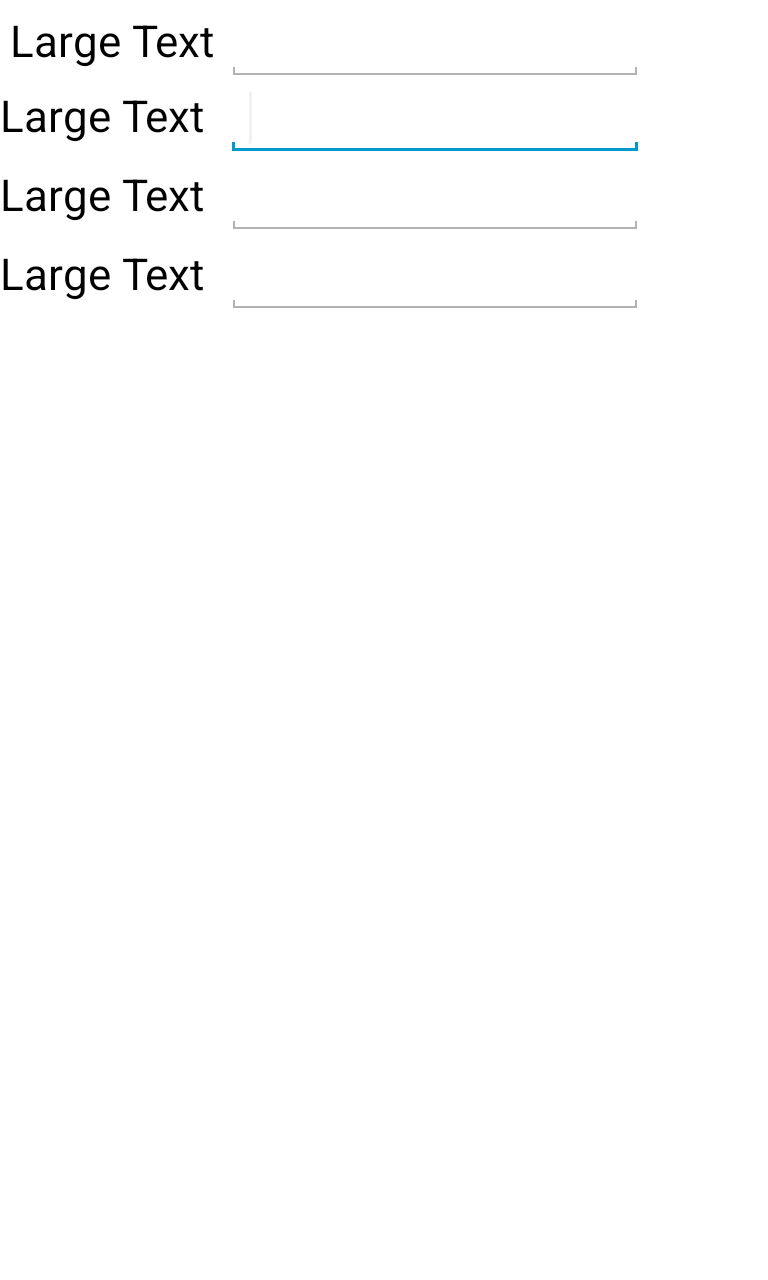
Repository: shervinshaikh/Android
Layout: NBAScoreTracker/res/layout/fragment_scores.xml
The author's editor kept a copy of each file at every save. The layout is drawn from the files as they stood at one save, then again after the next save.
It is drawn on a 768 x 1280 px phone screen (xhdpi) without system bars, with theme AppTheme; the app's code is not run.

Above is the layout before, as saved 2013-04-27 22:26:41.

After the next save:
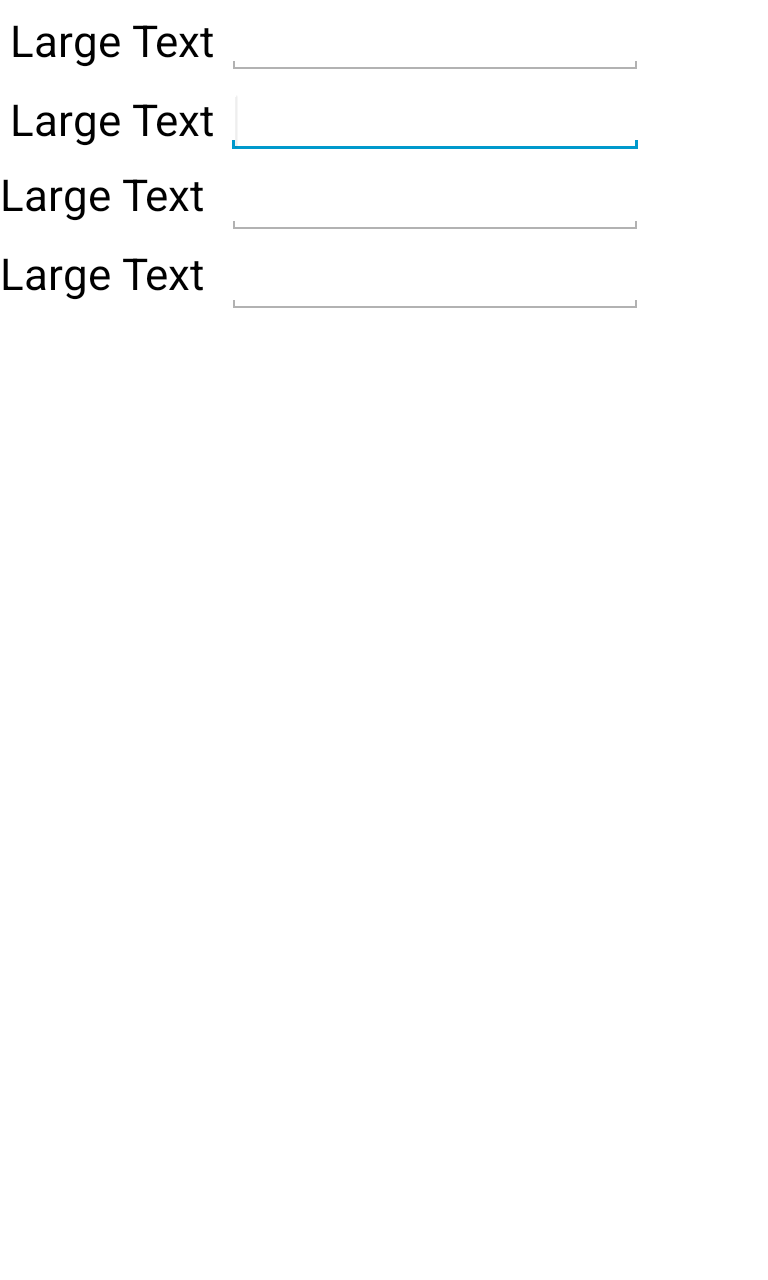
Saved 15 s later.
--- a/NBAScoreTracker/res/layout/fragment_scores.xml
+++ b/NBAScoreTracker/res/layout/fragment_scores.xml
@@ -20,7 +20,8 @@
             android:id="@+id/editText1"
             android:layout_width="wrap_content"
             android:layout_height="wrap_content"
-            android:ems="10" />
+            android:ems="10"
+            android:padding="5dip" />
 
     </TableRow>
 
@@ -34,13 +35,15 @@
             android:layout_width="wrap_content"
             android:layout_height="wrap_content"
             android:text="Large Text"
-            android:textAppearance="?android:attr/textAppearanceLarge" />
+            android:textAppearance="?android:attr/textAppearanceLarge"
+            android:padding="5dip" />
 
         <EditText
             android:id="@+id/editText2"
             android:layout_width="wrap_content"
             android:layout_height="wrap_content"
-            android:ems="10" >
+            android:ems="10"
+            android:padding="5dip" >
 
             <requestFocus />
         </EditText>
